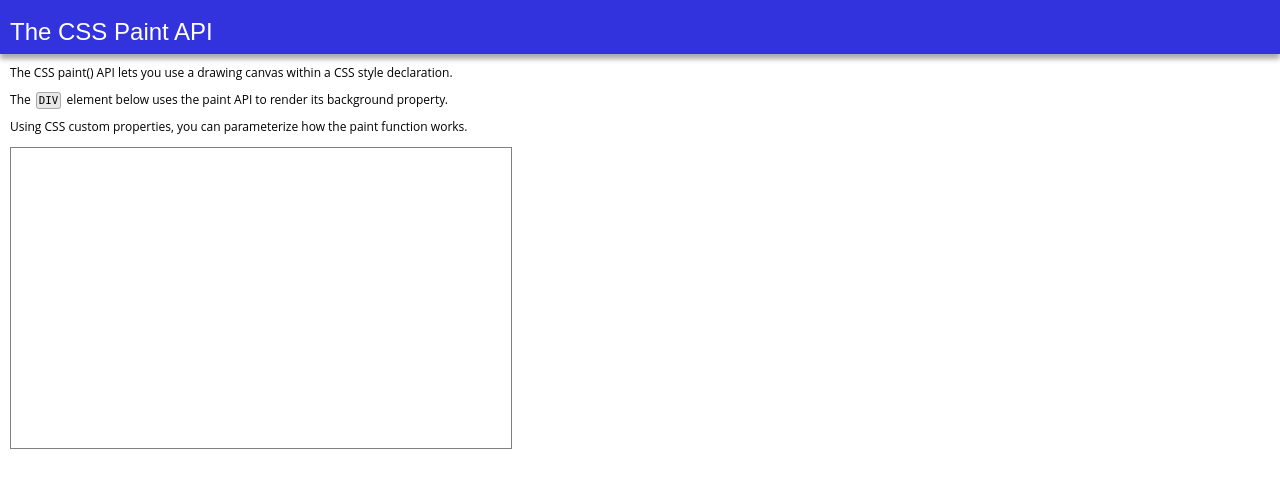
Repository: craig-o-curtis/browser-apis
Page: pages/csspaint.html
These files come from the project's save history. The page is drawn as it stood at one moment and after the next save; the edit follows.
The browser window is 1280 px wide. The pictures show the whole page.

Above is the page before, as saved 2020-05-17 16:07:32.

### pages/csspaint.html
<!doctype html>
<html>
    <head>
        <title>The CSS paint API</title>
        <style type="text/css">
            #targetElem {
                width: 500px;
                height: 300px;
                border: 1px solid gray;

                /* Use the paint API to paint the background of the box */
                background-image: paint(samplepainter);
                /* Define some custom properties to use in the paint function */
                --cross-thickness: 2;
                --cross-color: blue;
            }
        </style>
        <link rel="stylesheet" href="../../style.css" />
    </head>

    <body>
        <h1>The CSS Paint API</h1>
        <div id="content">
            <p>The CSS paint() API lets you use a drawing canvas within a CSS style declaration.</p>
            <p>The <code>DIV</code> element below uses the paint API to render its background property.</p>
            <p>Using CSS custom properties, you can parameterize how the paint function works.</p>
            <div id="targetElem"></div>
        </div>
        <script>
            window.addEventListener("load", function () {
                // use feature detection to see if paintWorklet is supported
                if ('paintWorklet' in CSS) {
                    console.log("paintWorklet supported")

                    // add the paint worklet to our page
                    CSS.paintWorklet.addModule("csspaint.js");
                }
                else {
                    console.log("paintWorklet not supported")
                }
            })
        </script>
    </body>
</html>

### pages/style.css
/*
** Styles used in the jQuery Essential Training course materials
*/
body {
    font-family: "Open Sans", sans-serif;
    font-size: 12px;
    margin: 0;
    line-height: 1.2em;
}

body > h1 {
    background-color: #33d;
    color: white;
    font-family: Arial, Helvetica, sans-serif;
    font-weight: 100;
    margin:0;
    padding-left: 10px;
    padding-right: 10px;
    padding-top:25px;
    padding-bottom: 15px;
    box-shadow: 0px 5px 5px 0px rgba(171,171,171,1);
}

#content {
    margin: 10px;
}

#example {
    border: 1px solid gray;
    background-color: #b3c8d0;
    font-size:14px;
    padding-left: 10px;
    padding-right: 10px;
    min-height: 200px;
}

.box {
    border: 1px solid gray;
    background-color: #b3c8d0;
    font-size:14px;
    padding-left: 10px;
    padding-right: 10px;
    min-height: 200px;
    width: 300px;
}

.box p {
    margin: 0 1px 0 2px
}

.smallbox {
    border: 1px solid gray;
    background-color: #b3c8d0;
    font-size:14px;
    padding-left: 10px;
    padding-right: 10px;
    margin-bottom: 10px;
    margin-right: 0;
    margin-left: 0;
    min-height: 150px;
    width: 200px;
}

.inline {
    display: inline-block;
}

code {
    background-color: #e8e8e8;
    border: 1px solid #a8a8a8;
    border-radius: 3px;
    padding: 1px 2px;
    margin: 2px;
    font-family: "source-code-pro", Consolas, monospace;
    font-size: .9em;
}

li {
    line-height: 1.3em;
}

button {
    font-size: 14px;
    margin: 8px;
}

#eventDetails {
    border: 1px solid #aaa;
    margin-top: 8px;
    padding: 2px;
}

.lineitem {
    width: 120px;
    display: inline-block
}


canvas {
    border: 2px solid gray;
    margin-left: 5px;
    margin-right: 5px;
}

### pages/csspaint.js
if (typeof registerPaint !== "undefined") {
  // define a class to implement the paint worklet
  class SampleCSSPaint {
    // ** declare the properties that the class has access to

    // ** fill out the paint function to do the drawing work
    paint(ctx, size, props) {
      ctx.lineWidth = 3;
      ctx.strokeStyle = "blue";

      // line 1
      ctx.beginPath();
      ctx.moveTo(0, 0);
      ctx.lineTo(size.width, size.height);
      ctx.beginStroke();

      // line 2
      ctx.beginPath();
      ctx.moveTo(size.width, 0);
      ctx.lineTo(0, size.height);
      ctx.beginStroke();
    }
  }

  // ** register the paint worklet for CSS
}

After the next save:
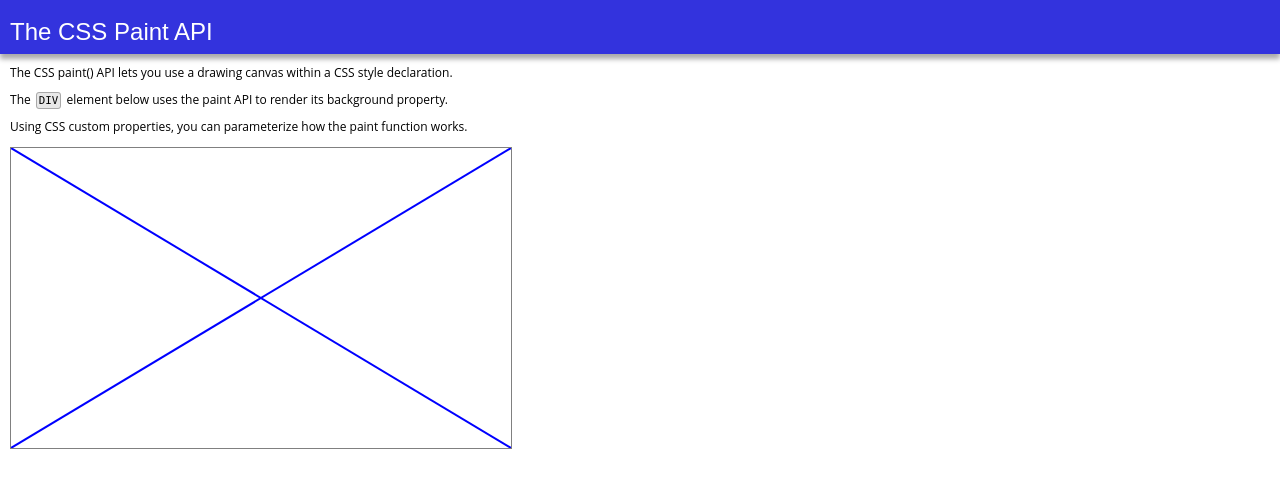
Saved 1 s later.
--- a/pages/csspaint.js
+++ b/pages/csspaint.js
@@ -1,26 +1,31 @@
 if (typeof registerPaint !== "undefined") {
   // define a class to implement the paint worklet
   class SampleCSSPaint {
-    // ** declare the properties that the class has access to
+    // declare the properties that the class has access to
+    static get inputProperties() {
+      return ["--cross-thickness", "--cross-color"];
+    }
 
-    // ** fill out the paint function to do the drawing work
     paint(ctx, size, props) {
-      ctx.lineWidth = 3;
-      ctx.strokeStyle = "blue";
+      // get the custom property values
+      let width = props.get("--cross-thickness");
+      let color = props.get("--cross-color").toString();
 
-      // line 1
+      ctx.lineWidth = width;
+      ctx.strokeStyle = color;
+
       ctx.beginPath();
       ctx.moveTo(0, 0);
       ctx.lineTo(size.width, size.height);
-      ctx.beginStroke();
+      ctx.stroke();
 
-      // line 2
       ctx.beginPath();
       ctx.moveTo(size.width, 0);
       ctx.lineTo(0, size.height);
-      ctx.beginStroke();
+      ctx.stroke();
     }
   }
 
-  // ** register the paint worklet for CSS
+  // register the paint worklet for CSS
+  registerPaint("samplepainter", SampleCSSPaint);
 }
